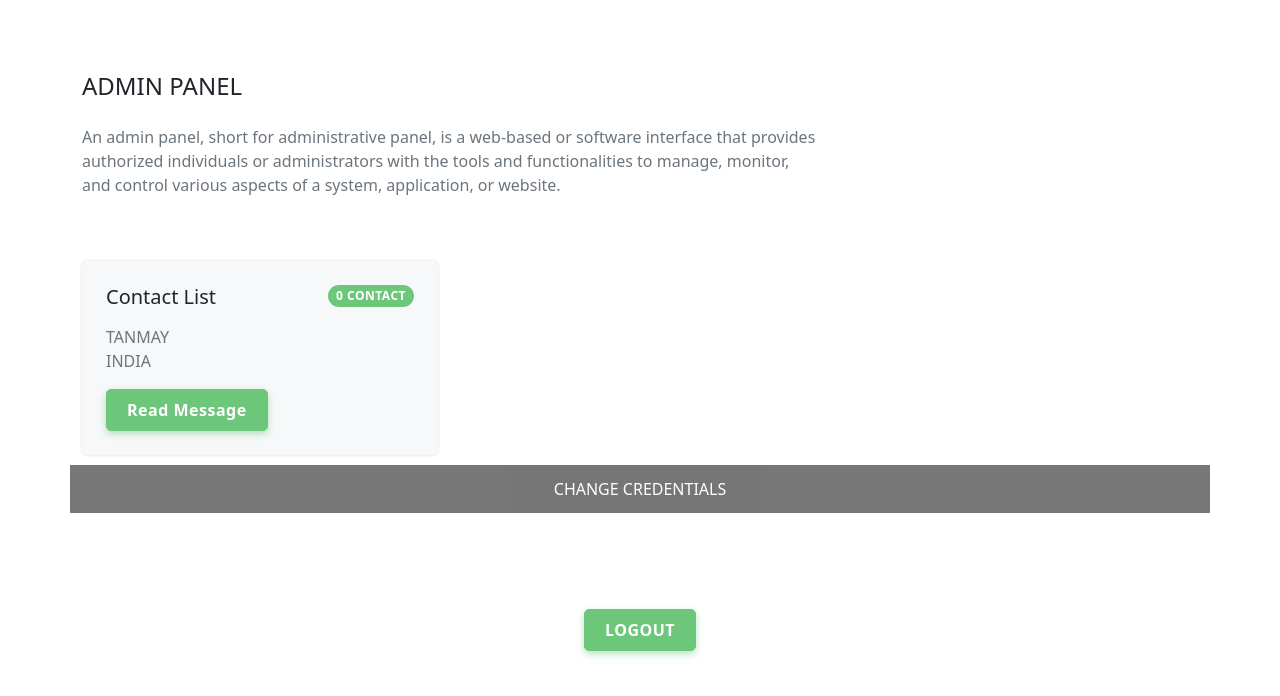
Repository: Tanmay-Kayande/Myportfolio
Page: http://localhost/myproject/admin.jsp
An editor plug-in stored every save of this project. The page is shown before and after the next save, followed by the edit.
The browser window is 1280 px wide. The pictures show the whole page.
Some web libraries are served in a nearby version. The page is served by Tomcat 9. The session is filled in as if someone had signed in: {"login": "exist"}.

Above is the page before, as saved 2024-01-23 06:25:03.

After the next save:
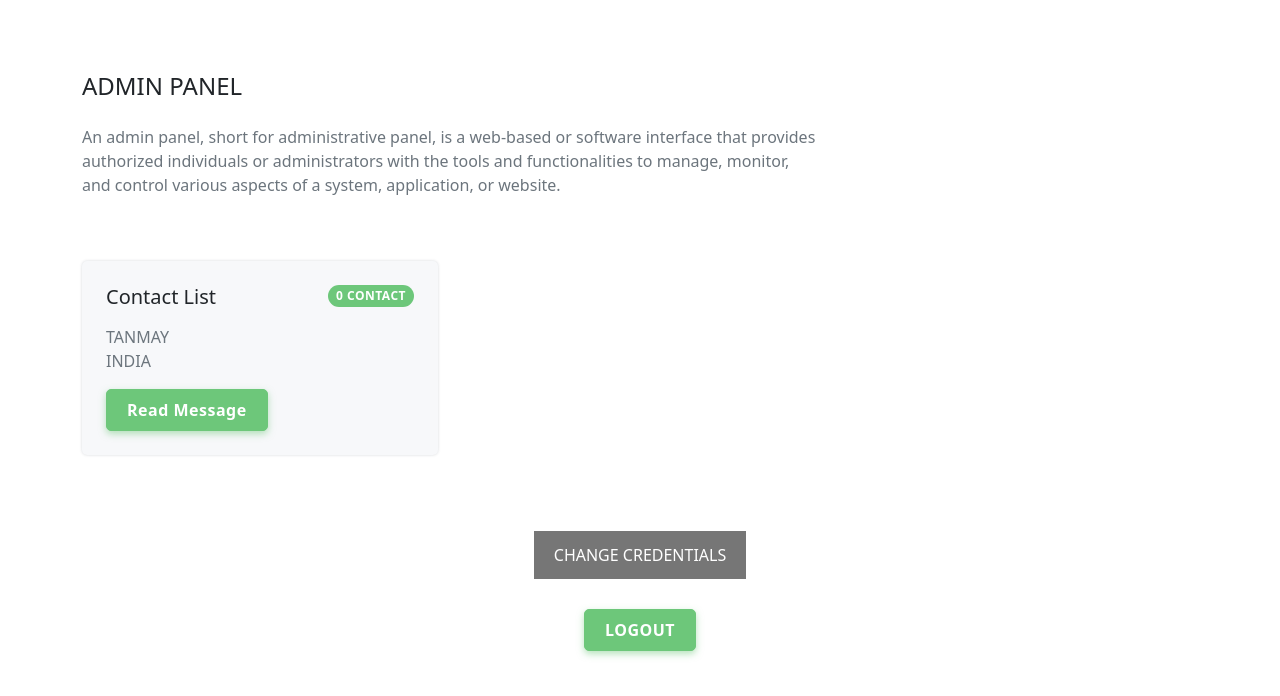
Saved 2 h 40 min later.
--- a/myproject/src/main/webapp/admin.jsp
+++ b/myproject/src/main/webapp/admin.jsp
@@ -235,6 +235,11 @@ a {
 			</div>
 
 
+
+
+
+			<div style="text-align: center; padding-top: 50px;" class="mt-3">
+
 			<!-- A button to open the popup form -->
 			<button class="open-button" onclick="openForm()">CHANGE
 				CREDENTIALS</button>
@@ -257,9 +262,6 @@ a {
 					<button type="button" class="btn cancel" onclick="closeForm()">Close</button>
 				</form>
 			</div>
-
-
-			<div style="text-align: center; padding-top: 50px;" class="mt-3">
 				<form action="Auth" method="post">
 					<input type ="hidden" name = "check" value = "Logout">
 					<button class="btn btn-primary">LOGOUT</button>
